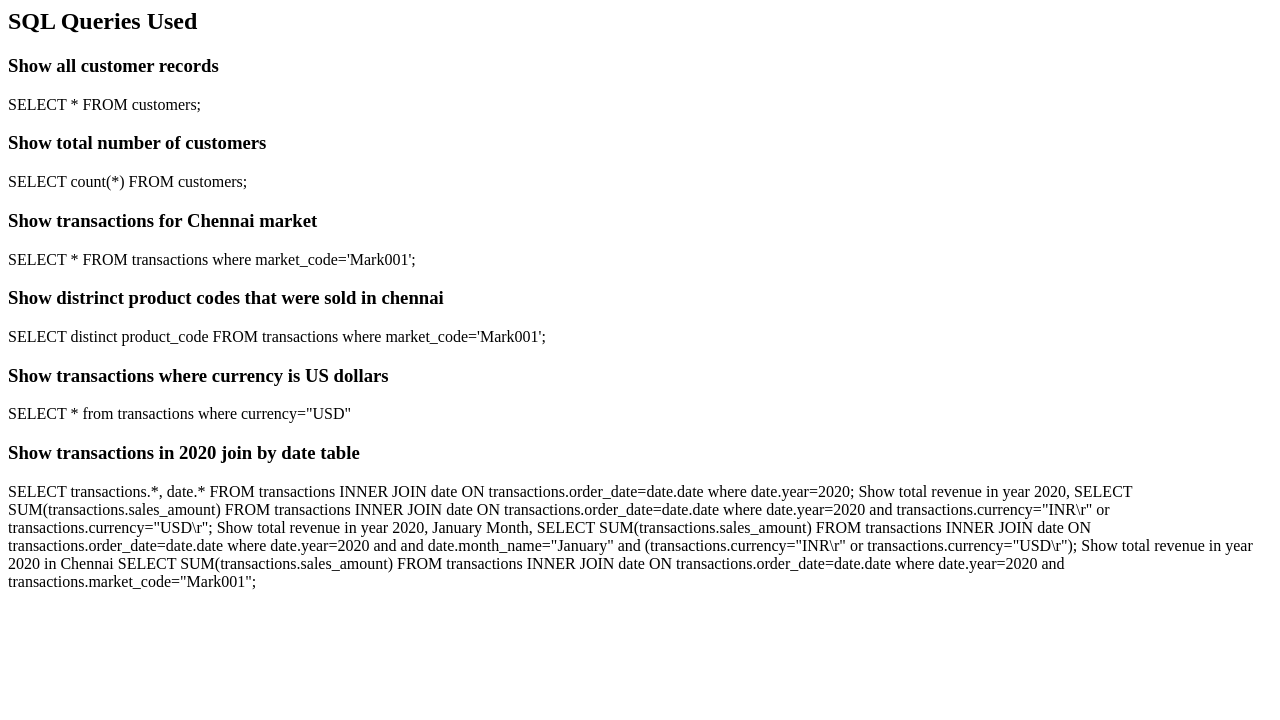
Repository: IslamInjila/new_portfolio
Page: images/salesInsight_bi.html
An editor plug-in stored every save of this project. The page is shown before and after the next save, followed by the edit.
The browser window is 1280 px wide. The pictures show the whole page.

Above is the page before, as saved 2021-06-02 15:40:34.

### images/salesInsight_bi.html
<html>

<body>

<h2>SQL Queries Used</h2>


<h3>Show all customer records</h3>

SELECT * FROM customers;

<h3>Show total number of customers</h3>

SELECT count(*) FROM customers;

<h3> Show transactions for Chennai market</h3>

SELECT * FROM transactions where market_code='Mark001';

<h3> Show distrinct product codes that were sold in chennai</h3>

SELECT distinct product_code FROM transactions where market_code='Mark001';

<h3>Show transactions where currency is US dollars</h3>

SELECT * from transactions where currency="USD"

<h3>Show transactions in 2020 join by date table</h3>

SELECT transactions.*, date.* FROM transactions INNER JOIN date ON transactions.order_date=date.date where date.year=2020;

Show total revenue in year 2020,

SELECT SUM(transactions.sales_amount) FROM transactions INNER JOIN date ON transactions.order_date=date.date where date.year=2020 and transactions.currency="INR\r" or transactions.currency="USD\r";

Show total revenue in year 2020, January Month,

SELECT SUM(transactions.sales_amount) FROM transactions INNER JOIN date ON transactions.order_date=date.date where date.year=2020 and and date.month_name="January" and (transactions.currency="INR\r" or transactions.currency="USD\r");

Show total revenue in year 2020 in Chennai

SELECT SUM(transactions.sales_amount) FROM transactions INNER JOIN date ON transactions.order_date=date.date where date.year=2020 and transactions.market_code="Mark001";
</body>








</html>

After the next save:
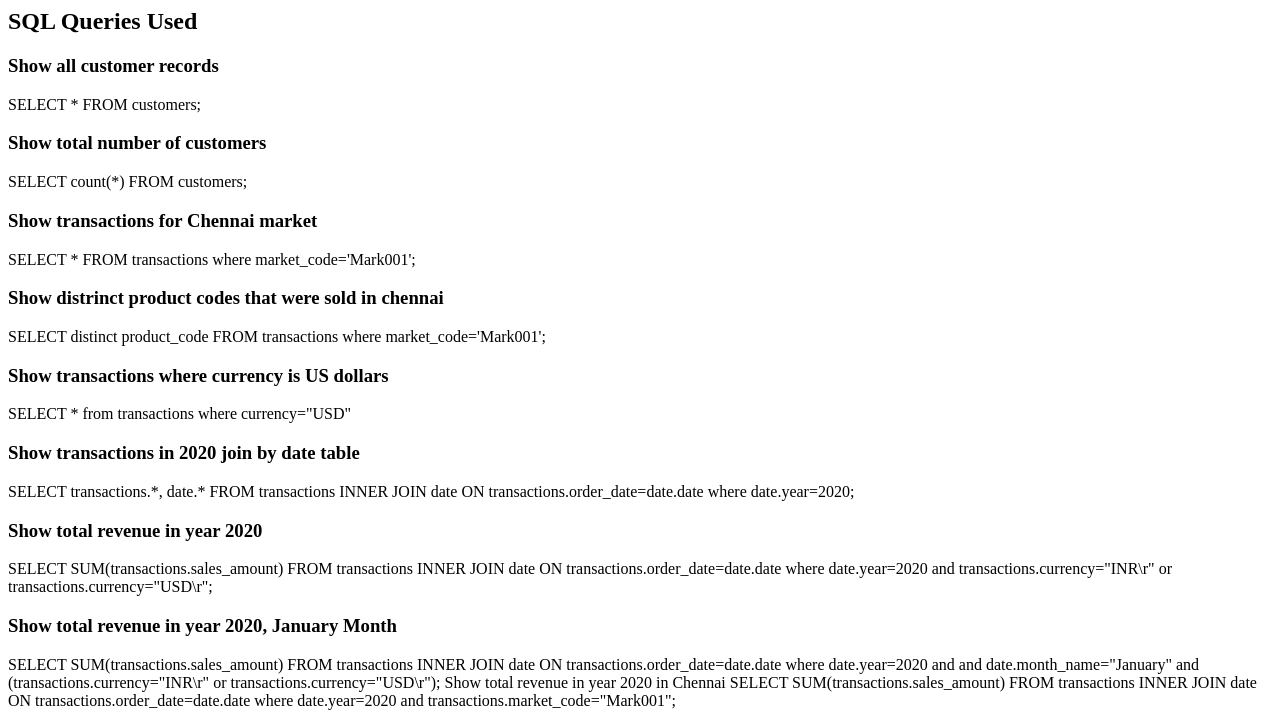
Saved 42 s later.
--- a/images/salesInsight_bi.html
+++ b/images/salesInsight_bi.html
@@ -29,11 +29,11 @@ SELECT * from transactions where currency="USD"
 
 SELECT transactions.*, date.* FROM transactions INNER JOIN date ON transactions.order_date=date.date where date.year=2020;
 
-Show total revenue in year 2020,
+<h3>Show total revenue in year 2020</h3>
 
 SELECT SUM(transactions.sales_amount) FROM transactions INNER JOIN date ON transactions.order_date=date.date where date.year=2020 and transactions.currency="INR\r" or transactions.currency="USD\r";
 
-Show total revenue in year 2020, January Month,
+<h3>Show total revenue in year 2020, January Month</h3>
 
 SELECT SUM(transactions.sales_amount) FROM transactions INNER JOIN date ON transactions.order_date=date.date where date.year=2020 and and date.month_name="January" and (transactions.currency="INR\r" or transactions.currency="USD\r");
 
